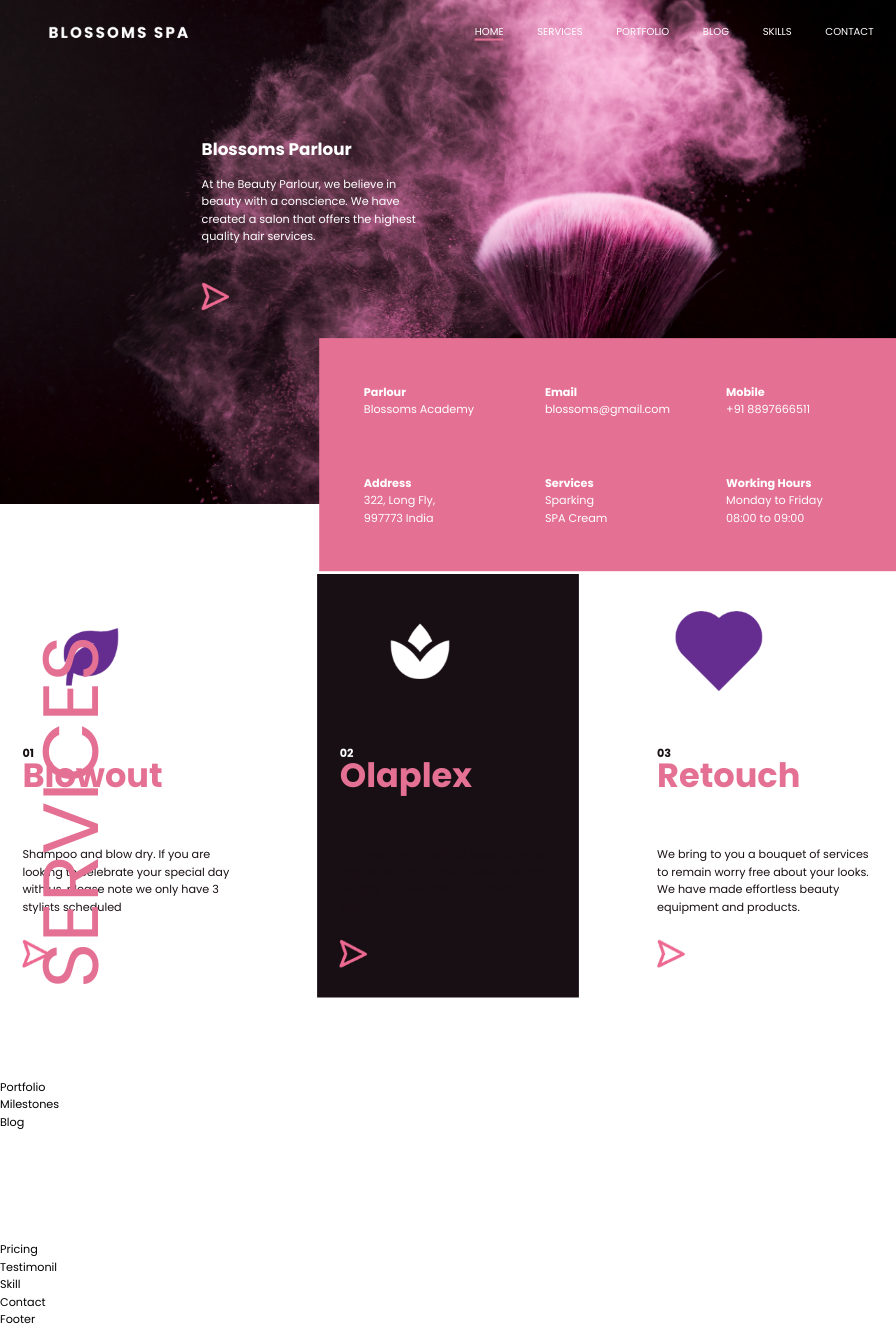
Repository: OmniaRafat232111121/animateSalon
Page: /
These files come from the project's save history. The page is drawn as it stood at one moment and after a run of saves; the edit follows.
The browser window is 1280 px wide. The pictures show the whole page, at 70% of full size.
The project was rebuilt for these pictures with package versions that can differ from the ones it lists, and the page was loaded fresh each time. Also part of the build but not shown: src/components/ScrollTop.jsx.

Above is the page before, as saved 2022-07-26 03:24:05.

### src/index.css
@import url("https://fonts.googleapis.com/css2?family=Poppins:wght@100;200;300;400;500;600;700;800&display=swap");
:root {
  --primary-color: #180f14;
  --secondary-color: #e47194;
  --font-family: "Poppins", sans-serif;
}

* {
  margin: 0;
  padding: 0;
  box-sizing: border-box;
}

html {
  scroll-behavior: smooth;
  height: 100%;
  overflow-x: hidden;
}

body {
  overflow-x: hidden;
}

body,
button {
  font-family: var(--font-family);
}

::-webkit-scrollbar {
  background-color: var(--primary-color);
  width: 0.3rem;
}

::-webkit-scrollbar-thumb {
  background-color: var(--secondary-color);
}

@media screen and (min-width: 280px) and (max-width: 1080px) {
  body::-webkit-scrollbar {
    display: none;
  }
}

### src/App.js
import React from 'react'
import Blog from './components/Blog'
import Contact from './components/Contact'
import Footer from './components/Footer'
import Home from './components/Home'
import Milestones from './components/Milestones'
import Portfolio from './components/Portfolio'
import Pricing from './components/Pricing'
import ScrollTop from './components/ScrollTop'
import Services from './components/Services'
import Skill from './components/Skill'
import Testimonil from './components/Testimonil'

const App = () => {
  return (
 <>

 <Home/>
 <Services/>
 <Portfolio/>
 <Milestones/>
 <Blog/>
 <video/>
 <Pricing/>
 <Testimonil/>
 <Skill/>
 <Contact/>
 <Footer/>
 </>
  )
}

export default App

### src/components/Home.jsx
import React from 'react'
import styled from "styled-components"
import home from "../assets/home.png";
import play from "../assets/play.png";
import Navbar from './Navbar';

const Home = () => {
  return (
  <Section id="home">
    <Navbar/>
    <div className="home">
    <div className="content">
    <div classname="title">
    <h1>Blossoms Parlour</h1>
    </div>
    <div className="subTitle">
            <p>
              At the Beauty Parlour, we believe in beauty with a conscience.
              We have created a salon that offers the highest quality hair
              services.
            </p>
          </div>
      <img src={play} alt="playButton"/>
    </div>
    </div>

    <div className="info">
    <div className="grid">
            <div className="col">
                <strong>Parlour</strong>
                <p>Blossoms Academy</p>
            </div>
            <div className="col">
                <strong>Email</strong>
                <p>blossoms@gmail.com</p>
            </div>
            <div className="col">
                <strong>Mobile</strong>
                <p>+91 8897666511</p>
            </div>
            <div className="col">
                <strong>Address</strong>
                <p>322, Long Fly,</p>
                <p>997773 India</p>
            </div>
            <div className="col">
                <strong>Services</strong>
                <p>Sparking</p>
                <p>SPA Cream</p>
            </div>
            <div className="col">
                <strong>Working Hours</strong>
                <p>Monday to Friday</p>
                <p>08:00 to 09:00</p>
            </div>
          </div>
    </div>
    </Section>
  )
}
const Section=styled.section`
  background: url(${home}) no-repeat center;
  min-height: 100vh;
  background-size: cover;
  position: relative;
  .home{
    height: 100%;
    .content {
      display: flex;
      flex-direction: column;
      align-items: flex-start;
      width: 60%;
      color: #fff;
      gap: 1.2rem;
      margin-top: 8rem;
      padding-left: 18rem;
      .title {
        h1 {
          font-size: 5rem;
          line-height: 5.3rem;
        }
      }
      .subTitle {
        p {
          width: 70%;
          margin-bottom: 2rem;
        }
      }
    }
  }
  .info {
    position: absolute;
    bottom: -6rem;
    right: 0;
    background-color: var(--secondary-color);
    padding: 4rem;
    .grid {
      display: grid;
      grid-template-columns: repeat(3, 1fr);
      gap: 5rem;
      color: #fff;
    }
  }
`;

export default Home

### src/components/Milestones.jsx
import React from 'react'

const Milestones = () => {
  return (
    <div>Milestones</div>
  )
}

export default Milestones

### src/components/Services.jsx
import React from 'react'
import styled from 'styled-components'
import service1 from "../assets/service1.png"
import service2 from "../assets/service2.png"
import service3 from "../assets/service3.png"
import play from '../assets/play.png'
import Title from './Title'

import { motion } from "framer-motion";

const Services = () => {

  const data = [
    {
      type: "Blowout",
      text: "Shampoo and blow dry. If you are looking to celebrate your special day with us, please note we only have 3 stylists scheduled",
      image: service1,
    },
    {
      type: "Olaplex",
      text: "Hair treatment helping keep coloured hair healthy from the inside If you are looking to celebrate your special day with us.",
      image: service2,
    },
    {
      type: "Retouch",
      text: "We bring to you a bouquet of services to remain worry free about your looks. We have made effortless beauty equipment and products.",
      image: service3,
    },
  ];
  return <Section id="services" >
    <Title value="services" />
    <div className="services">
        {data.map(({type,text,image},index) => {
            return (
              <motion.div className="services__service"


              transition={{
                delay: 0.03,
                type: "tween",
                duration: 0.8,
              }}
              >
                  <div className="services__service__image">
                    <img src={image} alt="Service" />
                  </div>
                  <div className="services__service__title">
                    <span>0{index + 1}</span>
                    <h2>{type}</h2>
                  </div>
                  <p className="services__service__description">{text}</p>
                  <img src={play} alt="Readmore" />
              </motion.div>
            )
          })}
    </div>
  </Section>
}


const Section = styled.section`
min-height:100vh;
.services{
  display:grid;
  grid-template-columns:repeat(3,1fr);
  gap:5rem;
  align-items:center;
  height:100%;
  margin-top:100px;

  &__service{
    padding:2rem;
    &:nth-of-type(2){
      background-color:var(--primary-color);
      .services__service__title{
        span{
          color:#fff;
        }
      }
      .services__service_description {
        color:#fff;
      }
    }
    &__image {
      margin-bottom: 3rem;
    }
    &__title {
      span {
        color: var(--primary-color);
        font-weight: bolder;
      }
      h2 {
        font-size: 3rem;
        line-height: 2.5rem;
        margin-bottom: 5rem;
        color: var(--secondary-color);
      }
    }
    &__description {
      color: var(--primary-color);
      margin-bottom: 2rem;
    }
  }
}
@media screen and (min-width: 280px) and (max-width: 1080px) {
  .services {
    margin: 2rem 0;
    grid-template-columns: 1fr;
    gap: 2rem;
    padding: 0 2rem;
  }

  }
`;

export default Services

### src/components/Testimonil.jsx
import React from 'react'

const Testimonil = () => {
  return (
    <div>Testimonil</div>
  )
}

export default Testimonil

### src/components/Navbar.jsx
import React,{useState} from 'react';
import styled from 'styled-components';
import logo from "../assets/logo.png";
import { GitHamBurgerMenu } from 'react-icons/gi'
import { MdClose } from "react-icons/md";

const Navbar = () => {
const {isNavOpen,setIsNavOpen}=useState(false);
  return (
    <Nav>
    <div className="brand__container">
    <a href="#" className='brand'>
      <img src={logo} alt="logo" />
    </a>
    </div>
    <div className="toggle"></div>

 <div className="links">
 <ul>
 <li className="active">
     <a href="#home">Home</a>
   </li>
   <li>
     <a href="#services">Services</a>
   </li>
   <li>
     <a href="#portfolio">Portfolio</a>
   </li>
   <li>
     <a href="#blog">Blog</a>
   </li>
   <li>
     <a href="#skills">Skills</a>
   </li>
   <li>
     <a href="#contact">Contact</a>
   </li>
 </ul>
 </div>
</Nav>
  )
}
const Nav = styled.nav`
  display: flex;
  justify-content: space-between;
  margin: 0 2rem;
  color: #fff;
  padding-top: 2rem;
  .brand__container {
    margin: 0 2rem;
    .toggle {
      display: none;
    }
  }
  .links {
    ul {
      list-style-type: none;
      display: flex;
      gap: 3rem;
      .active{
        a {
          border-bottom: 0.2rem solid var(--secondary-color);
        }
      }
      li {
        a {
          color: #fff;
          text-decoration: none;
          font-weight: 400;
          font-size: 0.9rem;
          text-transform: uppercase;
        }
        a:hover{
          color:var(--secondary-color);
          border-bottom:0.2rem solid #fff;
        }
      }
    }
  }
`
  export default Navbar;

### src/components/Title.jsx
import React from 'react'
import styled from "styled-components";
const Title = ({value}) => {
  return (
    <Div>
    <h1>{value}</h1>
    </Div>
  );
}
const Div =styled.nav `
position:relative;
h1{
  position:absolute;
  transform: translateX(-30%) translateY(20vw) rotate(-90deg);
  font-size: 7rem;
  text-transform: uppercase;
  color: var(--secondary-color);
  font-weight: 400;
  @media screen and (min-width: 280px) and (max-width: 1080px) {
    display: none;
  }

}
`

export default Title

Loaded but not shown: public/index.html (common file); src/index.js (common file); src/components/Blog.jsx (common file); src/components/Contact.jsx (common file); src/components/Footer.jsx (common file); src/components/Portfolio.jsx (common file); src/components/Pricing.jsx (common file); src/components/Skill.jsx (common file)

After the next 5 saves:
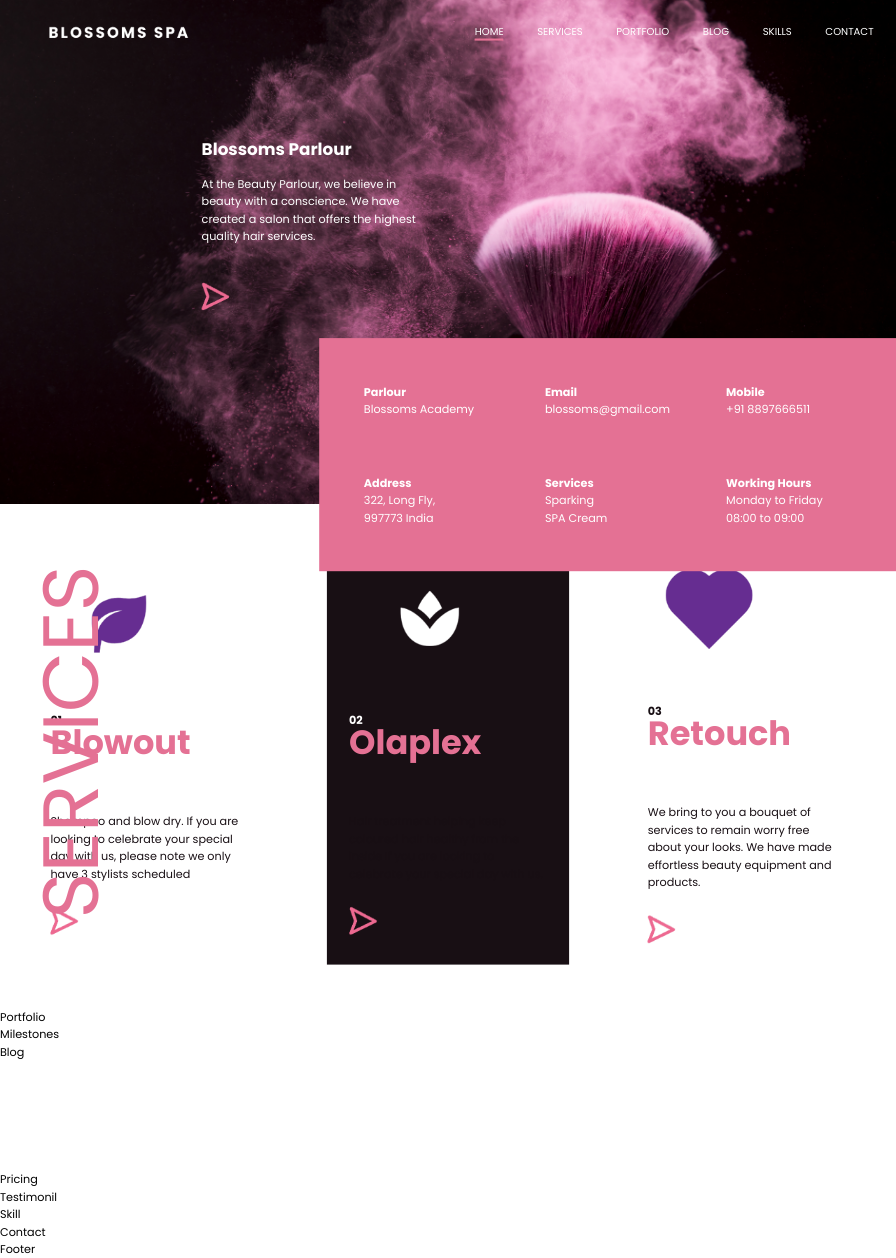
The 5 saves are shown as one change because they came seconds apart.
The last was saved 13 s later.
--- a/src/components/Services.jsx
+++ b/src/components/Services.jsx
@@ -66,7 +66,7 @@ min-height:100vh;
   gap:5rem;
   align-items:center;
   height:100%;
-  margin-top:100px;
+ padding:40px;
 
   &__service{
     padding:2rem;
